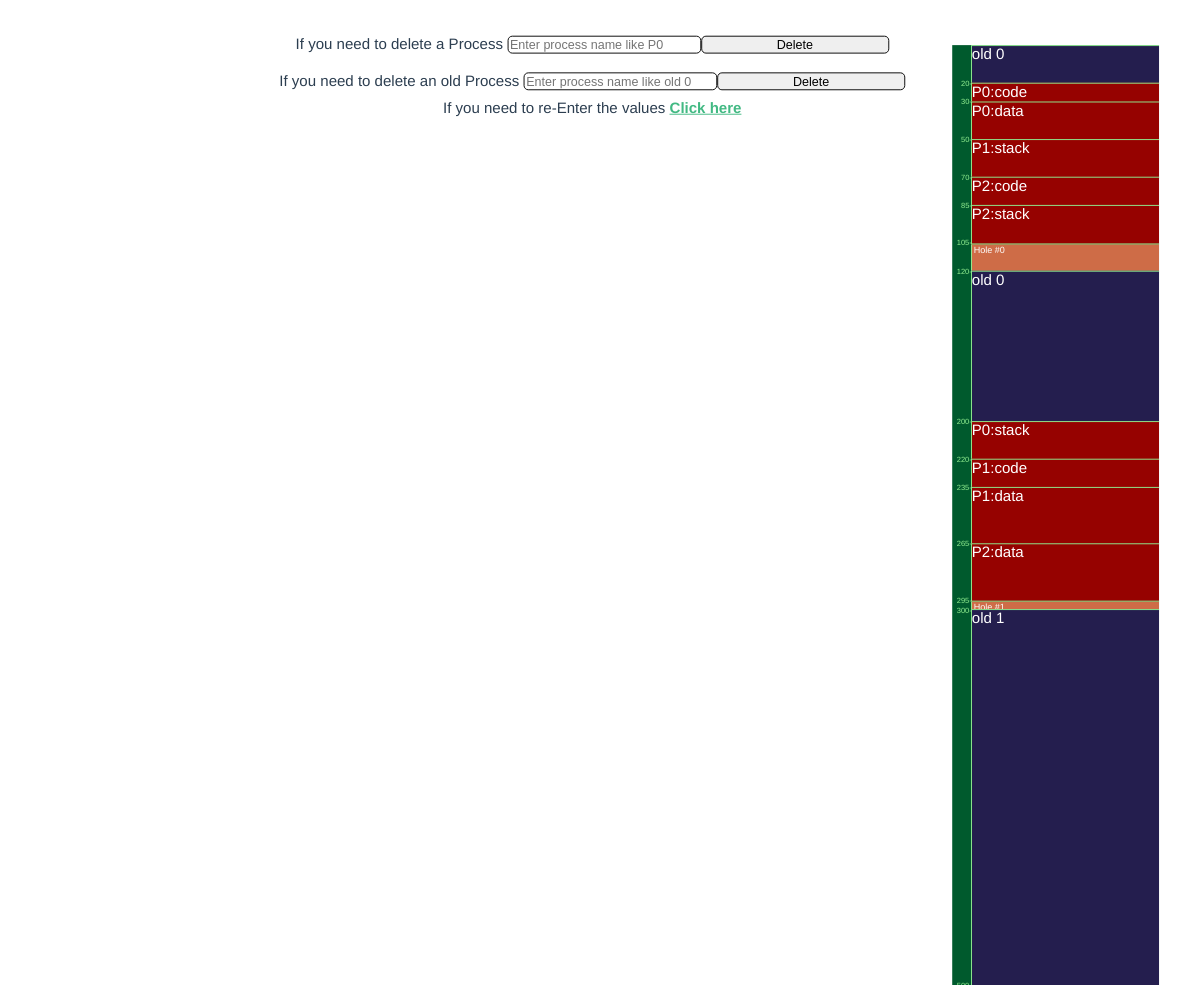
Repository: atout811/memory-allocation-project
Page: /#/final
The author's editor kept a copy of each file at every save. The page is drawn from the files as they stood at one save, then again after the next save.
The browser window is 1280 px wide. The pictures show the whole page, at 94% of full size.
The project was rebuilt for these pictures with package versions that can differ from the ones it lists, and the page was loaded fresh each time. Also part of the build but not shown: src/views/MemoryAndHoles.vue, src/views/Process.vue, src/views/Methods.vue.

Above is the page before, as saved 2021-06-10 17:37:03.

### src/App.vue
<template>
  <router-view v-slot="{ Component }">
    <transition name="fade" mode="out-in">
      <component :is="Component" />
    </transition>
  </router-view>
</template>
<script>
import MemHole from "./views/MemoryAndHoles.vue";
export default {
  name: "App",
  components: { MemHole },
};
</script>
<style lang="scss">
#app {
  font-family: Avenir, Helvetica, Arial, sans-serif;
  -webkit-font-smoothing: antialiased;
  -moz-osx-font-smoothing: grayscale;
  text-align: center;
  color: #2c3e50;
  display: flex;
  flex-direction: column;
  align-items: center;
}
a {
  font-weight: bold;
  color: #42b983;

  &.router-link-exact-active {
    color: #42b983;
  }
}
.fade-enter-active,
.fade-leave-active {
  transition: opacity 0.5s ease;
}
.fade-enter-from, .fade-leave-to /* .fade-leave-active below version 2.1.8 */ {
  opacity: 0;
}
</style>

### src/router/index.js
import { createRouter, createWebHashHistory } from "vue-router";
import Process from "../views/Process";
import MemoryAndHoles from "../views/MemoryAndHoles";
import Methods from "../views/Methods";
import Final from "../views/Final";

const routes = [
  {
    path: "/",
    name: "Home",
    component: MemoryAndHoles,
  },
  {
    path: "/process",
    name: "Process",
    component: Process,
  },
  {
    path: "/methods",
    name: "Methods",
    component: Methods,
  },
  {
    path: "/final",
    name: "Final",
    component: Final,
  },
];

const router = createRouter({
  history: createWebHashHistory(),
  routes,
});

export default router;

### src/store/index.js
import { createStore } from "vuex";

export default createStore({
  state: {
    input: {
      memSize: 500,
      Holes: [
        { starting: 20, size: 100 },
        { starting: 200, size: 100 },
      ],
      Processes: [
        {
          name: "P0",
          segments: [
            { name: "code", size: 10 },
            { name: "stack", size: 20 },
            { name: "data", size: 20 },
          ],
        },
        {
          name: "P1",
          segments: [
            { name: "code", size: 15 },
            { name: "stack", size: 20 },
            { name: "data", size: 30 },
          ],
        },
        {
          name: "P2",
          segments: [
            { name: "code", size: 15 },
            { name: "stack", size: 20 },
            { name: "data", size: 30 },
          ],
        },
        {
          name: "P3",
          segments: [
            { name: "code", size: 15 },
            { name: "stack", size: 20 },
            { name: "data", size: 30 },
          ],
        },
      ],
      Method: "worse-fit",
    },
  },
  mutations: {},
  actions: {},
  modules: {},
});

### src/views/Final.vue
<template>
  <div class="cont">
    <div class="inputs">
      <div>
        If you need to delete a Process
        <input
          type="text"
          placeholder="Enter process name like P0"
          v-model="deleteProcess"
        />
        <input
          type="Button"
          value="Delete"
          placeholder="Enter process name like P0"
        />
      </div>
      <div>
        If you need to delete an old Process
        <input
          type="text"
          placeholder="Enter process name like old 0"
          v-model="deleteProcess"
        />
        <input
          type="Button"
          value="Delete"
          placeholder="Enter process name like P0"
        />
        <div>
          If you need to re-Enter the values
          <router-link to="/"> Click here </router-link>
        </div>
      </div>
    </div>
    <div class="mem">
      <div class="memory"></div>
    </div>
  </div>
</template>

<script>
export default {
  name: "Final",

  data() {
    return {
      data: this.$store.state.input,
      deleteProcess: "",
    };
  },
  mounted: function () {
    const memory = document.querySelector("div.cont div.mem > .memory");
    console.log(memory);
    const scale = 2;
    let data = { ...this.data };
    let holes = data.Holes.map((item) => [
      Number(item.starting),
      Number(item.size),
    ]);
    // let holes = [
    //   [140, 100],
    //   [40, 80],
    //   [260, 90],
    // ];

    let totalMemorySize = Number(data.memSize);
    function orderHoles() {
      holes = holes.sort((a, b) => a[0] - b[0]);
    }
    function renderMemory() {
      memory.style.height = `${totalMemorySize * scale}px`;
    }
    renderMemory();
    let obj = {};
    // let test = data.Processes.map((item) => [
    //   null,
    //   item.segments.forEach((el) => {
    //     return Object.assign({ [el.name]: [Number(el.size)] });
    //   }),
    //   item.name,
    // ]);
    let test = [];
    for (let index = 0; index < data.Processes.length; index++) {
      let item = data.Processes[index].segments;
      let temp = {};
      for (let j = 0; j < item.length; j++) {
        temp[item[j].name] = [Number(item[j].size)];
      }
      test[index] = [null, temp, data.Processes[index].name];
    }
    let processes = [...test];
    // processes = [
    //   [null, { code: [10], data: [30], stack: [16] }, "p1"],
    //   [null, { code: [15], data: [30], stack: [25] }, "p3"],
    //   [null, { code: [10], data: [40], stack: [18] }, "p2"],
    //   [null, { code: [12], data: [10], stack: [12] }, "p4"],
    // ]; //start,size,name
    console.log("prooooooooooocess: ", processes);
    let OldProcess = [];

    function generateOldProcess() {
      const firstHoleStart = holes[0][0];

      if (firstHoleStart > 0) OldProcess.push([0, firstHoleStart, `old ${0}`]);

      for (let h = 0; h < holes.length; h++) {
        const holeStart = holes[h][0];
        const HoleSize = holes[h][1];
        const HoleEnd = holeStart + HoleSize;

        if (h === holes.length - 1) {
          const lastHole = totalMemorySize - HoleEnd;
          if (HoleEnd < totalMemorySize)
            OldProcess.push([HoleEnd, lastHole, `old ${h}`]);
        } else {
          const nextStart = holes[h + 1][0];
          OldProcess.push([HoleEnd, nextStart - HoleEnd, `old ${h}`]);
        }
      }
    }
    // alert(holes[0][0])
    function renderHoles(type, holes) {
      // holes ==>
      for (let hole = 0; hole < holes.length; hole += 1) {
        const startingIndex = holes[hole][0];
        const size = holes[hole][1];

        // alert(hole)
        const holeBox = document.createElement("div");
        if (type === "old") {
          holeBox.innerText = holes[hole][2];
          holeBox.classList.add("oldProcess");
        } else if (type === "hole") {
          holeBox.innerText = "Hole #" + hole;
          holeBox.classList.add("hole");
        } else if (type === "process") {
          holeBox.innerText = holes[hole][2];
          holeBox.classList.add("process");
        }

        holeBox.style.top = `${startingIndex * scale}px`;
        holeBox.style.height = `${size * scale}px`;
        const endSize = document.createElement("span");
        const endSizeContainer = document.createElement("div");
        endSizeContainer.classList.add("endSizeContainer");
        endSizeContainer.appendChild(endSize);
        endSize.innerText = startingIndex + size;

        endSize.classList.add("holeEndIndex");
        if (startingIndex !== null) {
          holeBox.appendChild(endSizeContainer);
          memory.appendChild(holeBox);
        } else {
          // ERROR THE PROCESS CAN'T BE ALLOCATED
        }
      }
    }

    const totalProcessSize = (process) =>
      Object.values(process).reduce((prev, acc) => prev + acc);

    let method = data.Method;
    function allocate() {
      for (let p = 0; p < processes.length; p++) {
        // DON'T TOUCH MY SHIT 😡😡😡
        // firstFit(processes[p])
        if (method == "first-fit") {
          console.log("First");
          firstFit(processes[p]);
        } else if (method == "best-fit") {
          console.log("Best");
          bestFit(processes[p], true);
        } else if (method == "worse-fit") {
          console.log("Worse");
          bestFit(processes[p], false);
        }
      }
      console.log("PROCCESES", processes);
    }

    function getSmallestHole(tempHoles, segmentSize, isBest) {
      let smallestHole = isBest ? [0, 1000000] : [0, 0];

      tempHoles.forEach((hole, index) => {
        const [holeStart, holeSize] = hole;
        if (isBest) {
          if (holeSize > segmentSize && smallestHole[1] > holeSize) {
            smallestHole = hole;
            smallestHole[2] = index;
          } else if (
            smallestHole[2] === undefined &&
            index === tempHoles.length - 1
          ) {
            // couldn't find hole
            smallestHole[2] = -1;
          }
        } else {
          // worse fit (let largest hole)
          if (holeSize > segmentSize && smallestHole[1] < holeSize) {
            smallestHole = hole;
            smallestHole[2] = index;
          } else if (
            smallestHole[2] === undefined &&
            index === tempHoles.length - 1
          ) {
            // couldn't find hole
            smallestHole[2] = -1;
          }
        }
      });
      return smallestHole;
    }

    function bestFit(p, isBest) {
      // Allocate in the smallest hole
      const segments = p[1];
      let isAllProcessAllocated = true;
      let tempHoles = JSON.parse(JSON.stringify(holes));
      Object.entries(segments).forEach(
        // for each segment
        ([name, value]) => {
          const segmentSize = value[0];
          let smallest = getSmallestHole(tempHoles, segmentSize, isBest);
          const [holeStart, holeEnd, holeIndex] = smallest;
          if (holeIndex == -1) {
            console.log("PROCESS CAN NOt BE ALLOCATED", p);
            isAllProcessAllocated = false;
            p[0] = true;
          }

          value[1] = smallest[0];
          const segEnd = segmentSize + holeStart;

          if (holeIndex !== -1) {
            tempHoles[holeIndex][0] = segEnd;
            const oldHoleSize = tempHoles[holeIndex][1];
            tempHoles[holeIndex][1] = oldHoleSize - segmentSize;
          } else {
            console.log("BUBUBUB", holeIndex);
          }

          //    console.log("value",value)
          //    console.log("smallestHole",smallest)
          console.log("_________________");
        }
      );
      if (isAllProcessAllocated) holes = tempHoles;
    }

    function firstFit(p) {
      // forEach segment loop over the holes
      // create a temp allocation array
      // that array
      // const size =totalProcessSize
      const segments = p[1];
      let isAllProcessAllocated = true;
      let tempHoles = JSON.parse(JSON.stringify(holes));

      Object.entries(segments).forEach(([name, value]) => {
        tempHoles.every((hole, index) => {
          const [holeStart, holeSize] = hole;
          let [size, segmentStartingIndex] = value;
          if (size <= holeSize) {
            value[1] = tempHoles[index][0];
            const segEnd = size + holeStart;
            tempHoles[index][0] = segEnd;
            tempHoles[index][1] = tempHoles[index][1] - size;
            return false;
          } else {
            if (index === tempHoles.length - 1) {
              //😞 مش لاقي مكان
              isAllProcessAllocated = false;
              console.log("CATCH", p);
              p[0] = true;
            }
            return true;
          }
        });
      });
      if (isAllProcessAllocated) {
        holes = tempHoles;
      }
    }

    function renderProcess() {
      processes.forEach((p) => {
        // loop over segments:
        if (!p[0]) {
          Object.keys(p[1]).forEach((s) => {
            // console.log("SEGMEMT",[p[1][s][1],[p[1][s]][0]])
            renderHoles("process", [[p[1][s][1], p[1][s][0], `${p[2]}:${s}`]]);
          });
        }
        // }else{
        // PROCESS CAN NOT BE ALLOCATED (NO ENGOUGH SPACE!)
        // }
      });
    }

    function concateHoles() {
      holes.forEach((h, index) => {
        const [start, size] = h;
        if (index < holes.length - 1) {
          const end = start + size;
          const [nextStart, nextSize] = holes[index + 1];
          if (end >= nextStart) {
            holes[index][1] = nextStart + nextSize - start;
            holes = [...holes.slice(0, index + 1), ...holes.slice(index + 2)];
            concateHoles();
          }
        }
      });
    }

    function deleteProcess(processName, isOld) {
      // create a hole
      let start, ProcessSize, AfterDelete, segments;
      if (isOld) {
        // deleteProcess()
        const processIndex = OldProcess.findIndex((p) => p[2] === processName);
        AfterDelete = [
          ...OldProcess.slice(0, processIndex),
          ...OldProcess.slice(processIndex + 1),
        ];
        // [start,segments,name] =processes[processIndex]
        start = OldProcess[processIndex][0];
        ProcessSize = OldProcess[processIndex][1];

        OldProcess = AfterDelete;
        holes.push([start, ProcessSize]);
      } else {
        const processIndex = processes.findIndex((p) => p[2] === processName);
        console.log("INDDDEX", processIndex);
        AfterDelete = [
          ...processes.slice(0, processIndex),
          ...processes.slice(processIndex + 1),
        ];
        //  recover Holes
        const [starter, segments] = processes[processIndex];
        Object.values(segments).forEach(([size, starting]) => {
          console.log(size, starting);
          holes.push([starting, size]);
        });
        processes = AfterDelete;
      }

      orderHoles();
      concateHoles();
      // [null,{code:10,data:30,stack:16},"p1"]
      render();
    }
    orderHoles();
    concateHoles();
    generateOldProcess();
    // deleteProcess("old 0",true)
    // deleteProcess("old 2",true)
    allocate();

    function clear() {
      while (memory.firstChild) {
        memory.removeChild(memory.lastChild);
      }
    }

    function render() {
      clear();
      renderHoles("hole", holes);
      renderHoles("old", OldProcess);
      renderProcess();
    }
    render();
    // deleteProcess("p2",false)
    // deleteProcess("p1",false)
    // deleteProcess("p4",false)
  },
};
</script>

<style scoped >
/* .memory >>> body {
  display: flex;
  flex-direction: column;
  justify-content: right;
  height: 100vh;

  margin: 0;
  font-family: "Courier New", Courier, monospace;
} */
div {
  margin: 10px;
}
input {
  width: 200px;
  border-radius: 5px;
  border: 1px solid;
}
.cont {
  display: grid;
}
.inputs {
  grid-column: 1;
  display: flex;
  flex-direction: column;
}
.memory >>> h1 {
  color: blueviolet;
}
.mem {
  grid-column: 4;
}
.memory {
  background-color: #005a2d;
  /* padding: 20px; */
  /* border-radius: 5px; */
  display: flex;
  flex-direction: column;
  width: 200px;
  align-self: flex-end;
  height: 1150px;
  /* top: 5%; */
  position: absolute;
  padding-left: 20px;
  overflow: hidden;
  margin: 20px;
}
.memory >>> .hole {
  background-color: #ce6c47;
  /* border: 0.7px solid #0f0; */
  border: 1px solid lightgreen;
  margin-top: 1px;
  /* height: 100px; */
  display: flex;
  /* align-self: center; */
  width: 100%;
  color: white;

  /* align-items: center; */
  /* justify-content: center; */
  position: absolute;
}
.memory >>> .oldProcess {
  background-color: #241e4e;
  /* border: 0.7px solid darkred; */
  color: white;
  display: flex;
  border: 1px solid lightgreen;
  width: 100%;
  position: absolute;
}
.memory >>> .process {
  background-color: #960200;
  /* border-bottom: 0.7px solid #eae7af; */
  /* border-top: 0.7px solid lightgreen; */
  display: flex;
  width: 100%;
  position: absolute;
  color: white;
  border: 1px solid lightgreen;
}

.memory >>> .hole,
.oldProcess,
.process {
  font-size: 0.6rem;
  text-transform: capitalize;
  padding-left: 2px;
  color: #fff;
  border-top: 0.2px solid lightgreen;
}

.memory >>> .endSizeContainer {
  /* background-color: red !important; */
  width: 20px;
  z-index: 1000;
  color: lightgreen !important;
  color: #ccc;
  font-size: 0.5rem;

  position: absolute;
  top: calc(100% - 5.4px);
  text-align: right;
  display: block;
  left: -20px;
}
.memory >>> .holeEndIndex::after {
  content: "-";
}
</style>

Loaded but not shown: public/index.html (common file); src/main.js (common file)

After the next save:
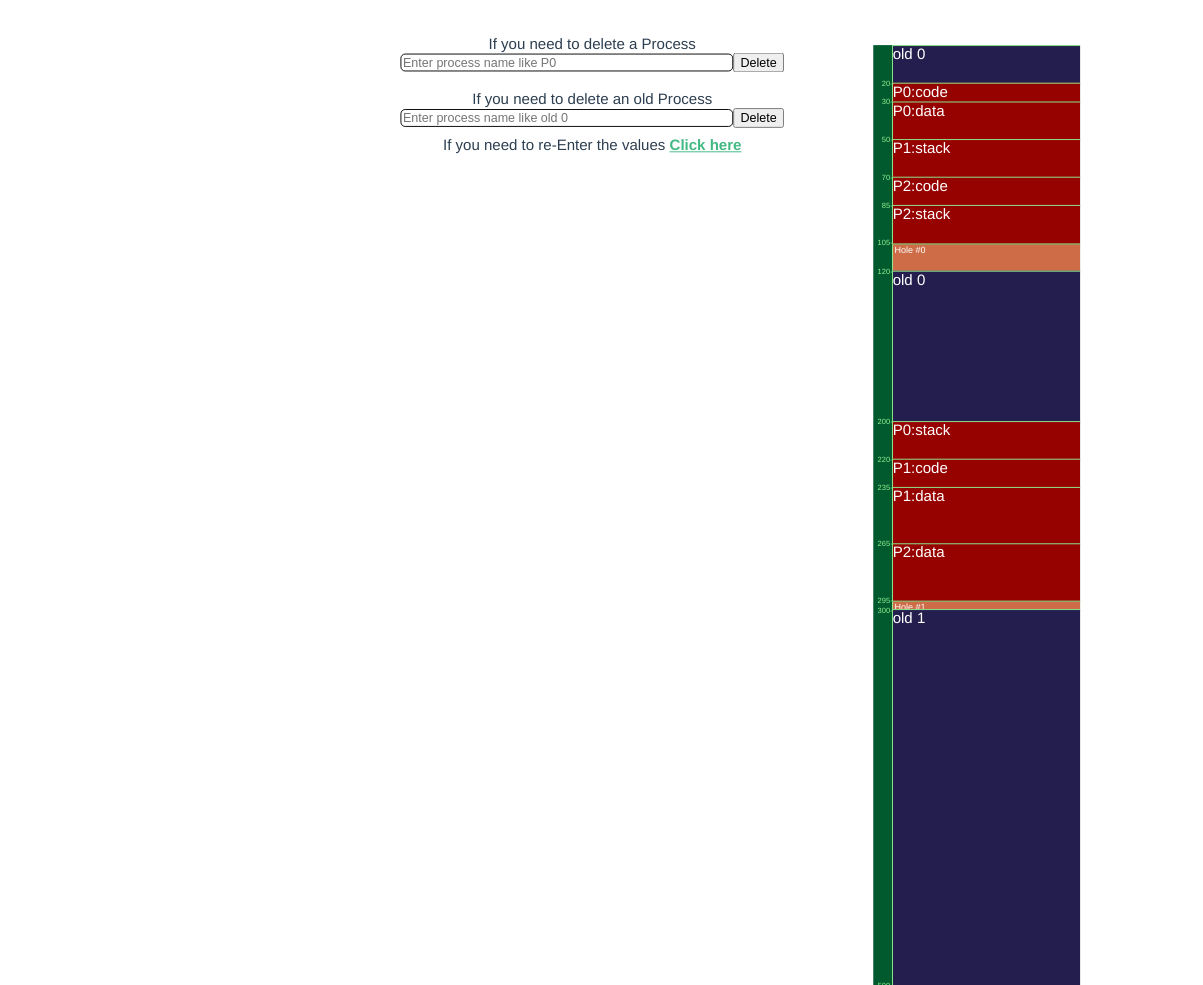
Saved 28 s later.
--- a/src/views/Final.vue
+++ b/src/views/Final.vue
@@ -7,6 +7,7 @@
           type="text"
           placeholder="Enter process name like P0"
           v-model="deleteProcess"
+          class="txt"
         />
         <input
           type="Button"
@@ -20,6 +21,7 @@
           type="text"
           placeholder="Enter process name like old 0"
           v-model="deleteProcess"
+          class="txt"
         />
         <input
           type="Button"
@@ -389,8 +391,8 @@ export default {
 div {
   margin: 10px;
 }
-input {
-  width: 200px;
+.txt {
+  width: 70%;
   border-radius: 5px;
   border: 1px solid;
 }
